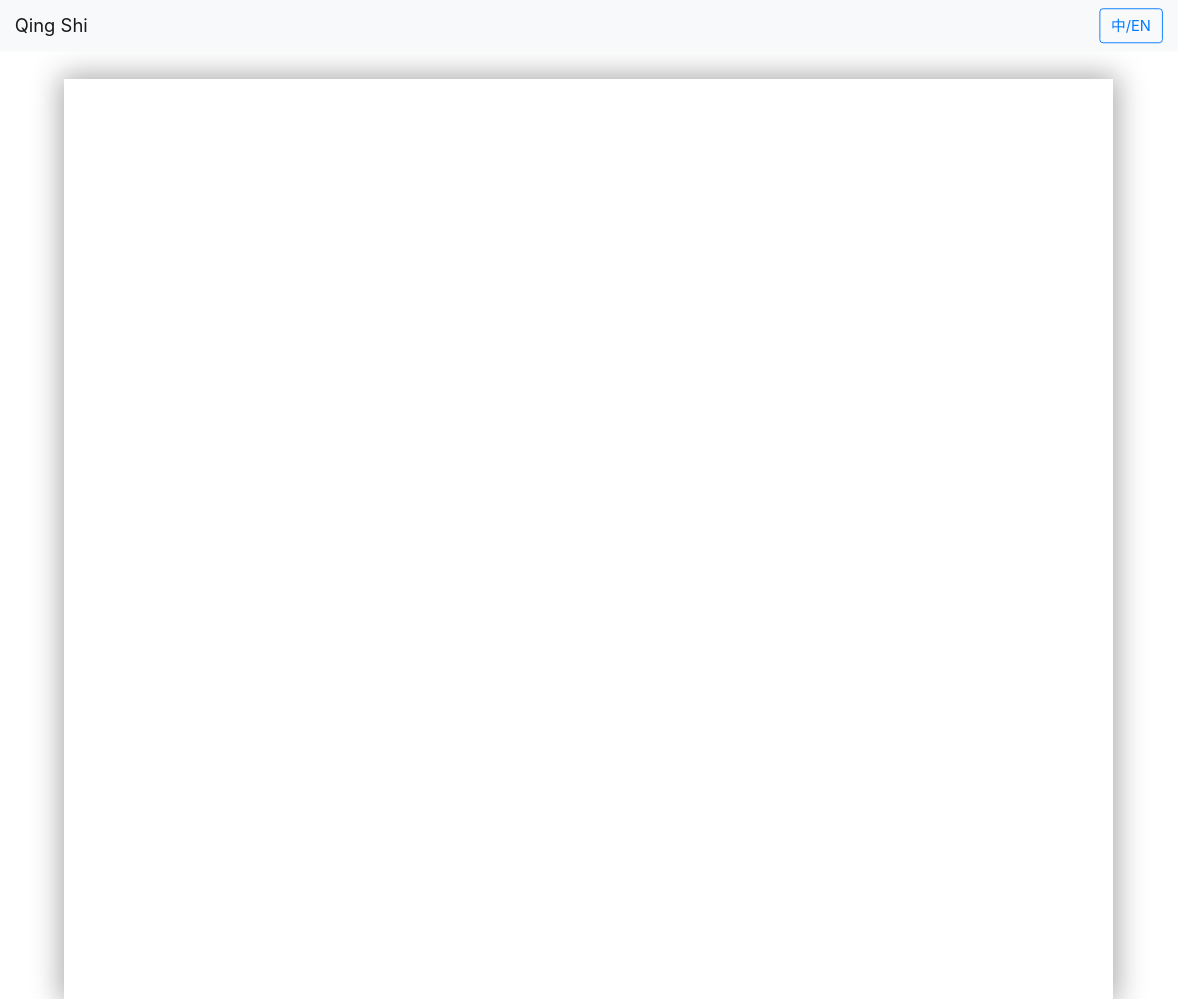
Repository: sqsssq/webpage
Page: index.html
An editor plug-in stored every save of this project. The page is shown before and after the next save, followed by the edit.
The browser window is 1280 px wide. The pictures show the whole page, at 92% of full size.
Some web libraries are served in a nearby version.

Above is the page before, as saved 2022-03-27 20:46:05.

After the next save:
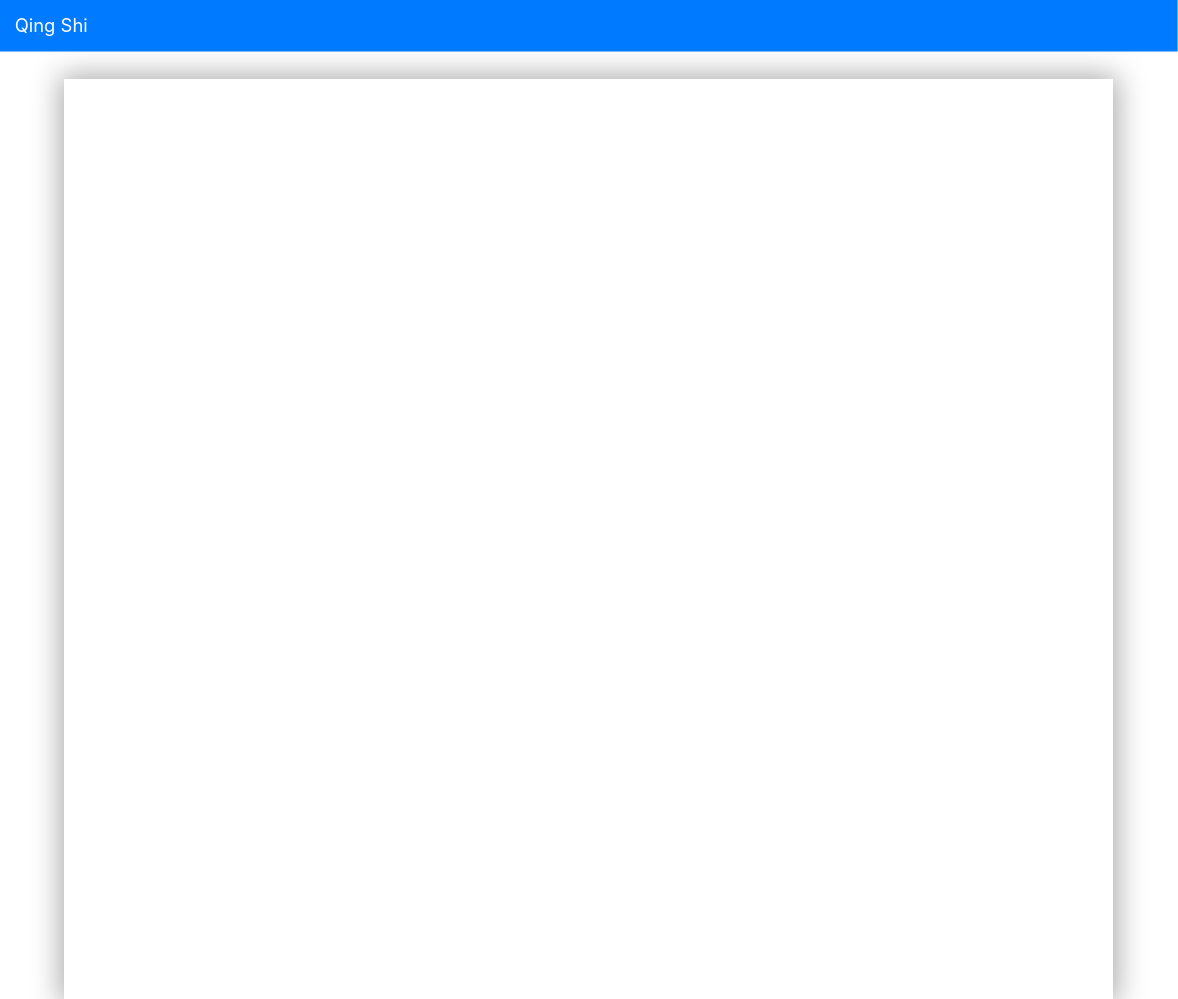
Saved 2 min 20 s later.
--- a/index.html
+++ b/index.html
@@ -1,6 +1,6 @@
 <!--
  * @Author: Qing Shi
- * @LastEditTime: 2022-03-27 20:43:20
+ * @LastEditTime: 2022-03-27 20:48:25
  * @Knowledge:
  * @Description: my homepage
  * @Attention:
@@ -32,7 +32,7 @@
 
 <body>
 
-    <nav class="navbar navbar-light bg-light">
+    <nav class="navbar  navbar-dark bg-primary"">
         <a class="navbar-brand" href="#">
             Qing Shi
         </a>
